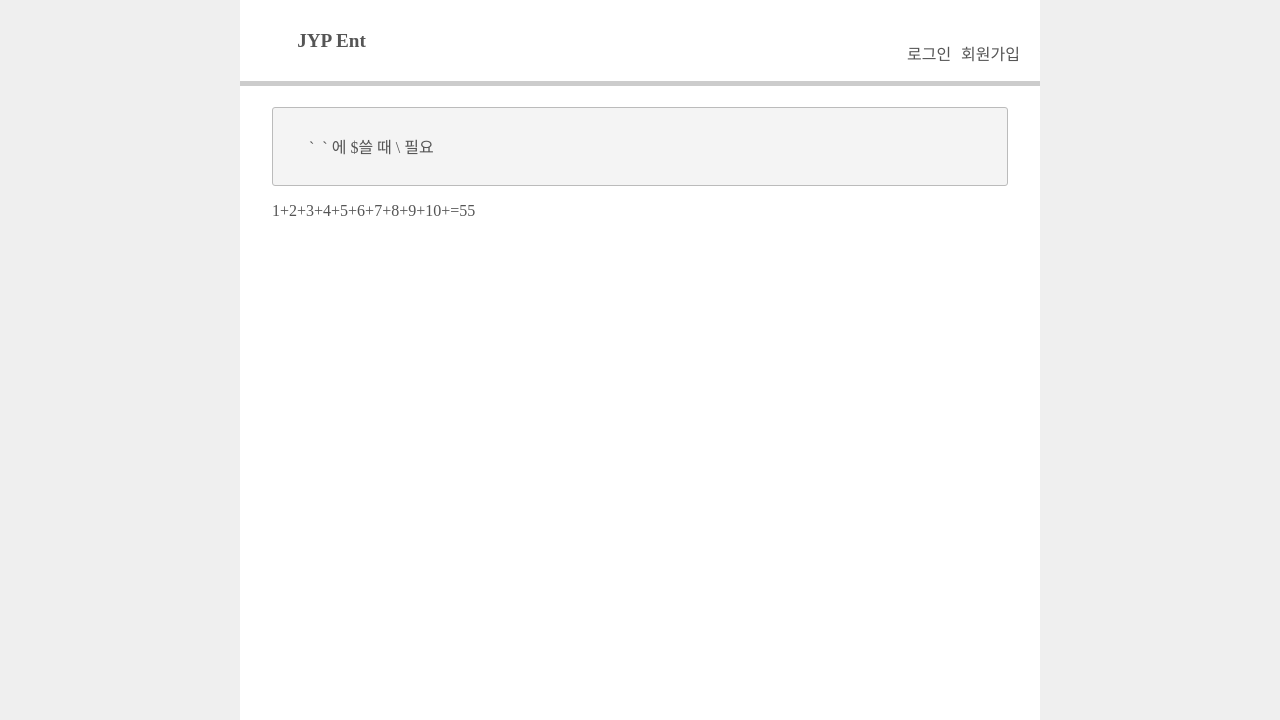
Repository: jyoons00/JSP-sample
Page: http://localhost/jspPro/days01/ex03_02.jsp
The author's editor kept a copy of each file at every save. The page is drawn from the files as they stood at one save, then again after the next save.
The browser window is 1280 px wide. The pictures show the whole page.
Some web fonts or font styles are not loaded; a fallback is used. The page is served by Tomcat 9. Other server files are loaded and not shown.

Above is the page before, as saved 2024-10-15 06:07:25.

### jspPro/src/main/webapp/days01/ex03_02.jsp
<%@ page contentType="text/html; charset=UTF-8" pageEncoding="UTF-8"%>
<!DOCTYPE html>
<html>
<head>
<meta charset="UTF-8">
<title>Insert title here</title>
<link rel="shortcut icon" type="image/x-icon" href="http://localhost/jspPro/images/SiSt.ico">
<script src="https://ajax.googleapis.com/ajax/libs/jquery/3.7.1/jquery.min.js"></script>
<meta name="viewport" content="width=device-width, initial-scale=1.0">
<meta name="google" content="notranslate">
<link rel="stylesheet" href="http://localhost/jspPro/resources/cdn-main/example.css">
<script src="http://localhost/jspPro/resources/cdn-main/example.js"></script>
<style>
 span.material-symbols-outlined{
    vertical-align: text-bottom;
 }
</style>
</head>
<body>
<header>
  <h1 class="main"><a href="#" style="position: absolute;top:30px;">JYP Ent</a></h1>
  <ul>
    <li><a href="#">로그인</a></li>
    <li><a href="#">회원가입</a></li>
  </ul>
</header>
<div>
  <xmp class="code">
     `  ` 에 $쓸 때 \ 필요
  </xmp>
  <p id="demo">
     <%
   int sum = 0;

   for(int i = 1 ; i<= 10 ;  i++) {
      sum += i ;
      /* out.print(String.format( "%d +" , i )); */
      out.write(i+"+");
   }
   /* out.print(String.format("=%d",sum)); */
   out.write("="+sum);
%>
  </p>
</div>

<script type="text/javascript">

</script>
</body>
</html>

### jspPro/src/main/webapp/resources/cdn-main/example.css
@charset "UTF-8";

@import url('https://fonts.googleapis.com/css2?family=Material+Symbols+Outlined:opsz,wght,FILL,GRAD@20..48,100..700,0..1,-50..200');

@font-face {
    font-family: 'GmarketSansMedium';
    src: url('https://cdn.jsdelivr.net/gh/projectnoonnu/noonfonts_2001@1.1/GmarketSansMedium.woff') format('woff');
    font-weight: normal;
    font-style: normal;
}

:root {
	--text-color: #555;
	--sub-text-color: #777;
	--back-color: #EFEFEF;
	--header-color: #444;
	--primary-color: #DEDEDE;
	--secondary-color: #EFEFEF;
	--default-width: 800px;
	--narrow-width: 500px;
	--wide-width: 1200px;
	--text-font: 'GmarketSansMedium';
	--icon-font: 'Material Symbols Outlined';
	--border-color: #CCC;
}

html, body {
	margin: 0;
	padding: 0;
}

html {
	background-color: var(--back-color);
	display: flex;
	justify-content: center;
	min-height: 100vh;
}

body, body.default {
	width: var(--default-width);
	background-color: white;
	padding-bottom: 120px;
}

body.wide {
	width: var(--wide-width);
}

body.narrow {
	width: var(--narrow-width);
}



body, p, div, span, a, input, select, option, textarea, button, table, th, td, label, fieldset, legend {
	font-family: var(--text-font);
	color: var(--text-color);
}

h1, h2, h3 {
	font-family: var(--text-font);
	color: var(--header-color);
	padding: 0 1rem;
	padding-top: .5rem;
}

div > h1, div > h2, div > h3 {
	padding: 0;
}

body > div, body > main > div {
	padding: 0.3rem 1rem;
}


h1 { font-size: 2rem; border-bottom: 1px solid var(--border-color); }
h1 small { font-size: 1.2rem; color: var(--sub-text-color); }
h2 { font-size: 1.5rem; border-bottom: 1px dashed var(--border-color); }
h2 small { font-size: 1.1rem; color: --sub-text-color; }
h3 { font-size: 1.2rem; }
h3 small { font-size: 1rem; color: --sub-text-color; }



h1.main::before {
	font-family: var(--icon-font);
  	content: '\e666';
  	margin-right: 10px;
  	float: left;
	font-size: 2.5rem;
}

h1.sub::before {
	font-family: var(--icon-font);
  	content: '\ea19';
  	margin-right: 10px;
  	float: left;
	font-size: 2.5rem;
}


h1.page::before {
	font-family: var(--icon-font);
  	content: '\e0e0';
  	margin-right: 10px;
  	float: left;
	font-size: 2.5rem;
}

body > header > ul > li > .active{
	background-color: #FFF;
	color:#F00;
}

body > header {
	display: flex;
	justify-content: space-between;
	border-bottom: 5px solid var(--border-color);
	min-height: 74px;
	background-color: #FFF;
}

body > header.sticky {
	position: sticky;
	top: 0;
	z-index: 98;
}

body > header > h1 {
	font-size: 1.2rem;
	border: 0;
}

body > header.in > h1::before {
	font-family: var(--icon-font);
  	content: '\e332‥';
  	margin-right: 3px;
  	float: left;
	font-size: 2rem;
}


body > header > ul {
	list-style-type: none;
	display: flex;
	align-items: flex-end;
	margin-right: 10px;
}

body > header > ul > li {
	margin-right: 10px;
	cursor: pointer;
}

body > header > ul > li > a {
	cursor: pointer;
}


form {
	display: block;
}

form > div {
	padding: 0.3rem 1rem;
}

div > form > div {
	padding: 0.3rem 0;
}

input, textarea, button, select {
	border: 1px solid #BBB;
	border-radius: 3px;
	outline: none;
	resize: none;
	padding: 7px;
	margin: 0;
}

input[type=text]:read-only, textarea:read-only {
	cursor: not-allowed;
	background-color: #FFF;
}

input[type=text]:disabled, textarea:disabled {
	cursor: not-allowed;
	background-color: #EEE;
}

input[type=text], input[type=password], textarea, button, select {
	/* width: 300px; */
}

textarea {
	display: block;
	height: 100px;
}

input[type=button], input[type=submit], button {
	/* width: inherit; */
}

input.short, textarea.short, button.short, select.short {
	width: 100px;
}

input.long, textarea.long, button.long, select.long {
	width: 350px;
}

.narrow input.long, .narrow textarea.long, .narrow button.long, .narrow select.long {
	width: calc(100% - 20px);
}

input.full, textarea.full, button.full, select.full {
	width: calc(100% - 20px);
}

textarea.short {
	height: 50px;
}

textarea.long {
	height: 100px;
}

textarea.full {
	height: 200px;
}

input, textarea {
	padding-top: 8px;
}

input[type=button], input[type=submit], button {
	padding: 5px 10px;
	background-color: var(--secondary-color);
	cursor: pointer;
	min-height: 36px;
}

input[type=button].primary, input[type=submit].primary, button.primary {
	/* background-color: rgba(100, 149, 237, .2); */
	background-color: var(--primary-color);
}

input[type=button].primary:hover, input[type=submit].primary:hover, button.primary:hover {
	/* background-color: rgba(100, 149, 237, .3); */
	background-color: var(--secondary-color);
}

input[type=button]:hover, input[type=submit]:hover, button:hover {
	background-color: var(--primary-color);
}

button {
	position: relative;
	left: 0;
	top: 0;
	padding-left: 35px;
}

button .material-symbols-outlined {
	position: absolute;
	left: 10px;
	top: 4px;
}

/* k2nik add */
button.login::before {
	font-family: var(--icon-font);
  	content: '\ea77';
	position: absolute;
	left: 11px;
	top: 4px;
	font-size: 1.25rem;
}

/* k2nik logout */
button.logout::before {
	font-family: var(--icon-font);
  	content: '\e9ba';
	position: absolute;
	left: 11px;
	top: 4px;
	font-size: 1.25rem;
}

/* k2nik help */
button.help::before {
	font-family: var(--icon-font);
  	content: '\f1c0';
	position: absolute;
	left: 11px;
	top: 4px;
	font-size: 1.25rem;
}

button.add::before{
	font-family: var(--icon-font);
  	content: '\e746';
	position: absolute;
	left: 11px;
	top: 4px;
	font-size: 1.25rem;
}

button.back::before {
	font-family: var(--icon-font);
  	content: '\e166';
	position: absolute;
	left: 11px;
	top: 4px;
	font-size: 1.25rem;
}

button.list::before {
	font-family: var(--icon-font);
  	content: '\e0ee';
	position: absolute;
	left: 11px;
	top: 4px;
	font-size: 1.25rem;
}


button.del::before {
	font-family: var(--icon-font);
  	content: '\e872';
	position: absolute;
	left: 11px;
	top: 4px;
	font-size: 1.25rem;
}


button.edit::before {
	font-family: var(--icon-font);
  	content: '\e745';
	position: absolute;
	left: 11px;
	top: 4px;
	font-size: 1.25rem;
}


button.login::before {
	font-family: var(--icon-font);
  	content: '\ea77';
	position: absolute;
	left: 11px;
	top: 4px;
	font-size: 1.25rem;
}


button.logout::before {
	font-family: var(--icon-font);
  	content: '\e9ba';
	position: absolute;
	left: 11px;
	top: 4px;
	font-size: 1.25rem;
}


button.in::before {
	font-family: var(--icon-font);
  	content: '\f71a';
	position: absolute;
	left: 11px;
	top: 4px;
	font-size: 1.25rem;
}


button.out::before {
	font-family: var(--icon-font);
  	content: '\f70e';
	position: absolute;
	left: 11px;
	top: 4px;
	font-size: 1.25rem;
}


button.reply::before {
	font-family: var(--icon-font);
  	content: '\e15e';
	position: absolute;
	left: 11px;
	top: 4px;
	font-size: 1.25rem;
}


button.comment::before {
	font-family: var(--icon-font);
  	content: '\e0b9';
	position: absolute;
	left: 11px;
	top: 4px;
	font-size: 1.25rem;
}


button.modal::before {
	font-family: var(--icon-font);
  	content: '\e89e';
	position: absolute;
	left: 11px;
	top: 4px;
	font-size: 1.25rem;
}


button.ok::before {
	font-family: var(--icon-font);
  	content: '\e86c';
	position: absolute;
	left: 11px;
	top: 4px;
	font-size: 1.25rem;
}


button.cancel::before {
	font-family: var(--icon-font);
  	content: '\e5c9';
	position: absolute;
	left: 11px;
	top: 4px;
	font-size: 1.25rem;
}

button.search::before {
	font-family: var(--icon-font);
  	content: '\e8b6';
	position: absolute;
	left: 11px;
	top: 4px;
	font-size: 1.25rem;
}

button.home::before {
	font-family: var(--icon-font);
  	content: '\e88a';
	position: absolute;
	left: 11px;
	top: 4px;
	font-size: 1.25rem;
}


button.sidebar::before {
	font-family: var(--icon-font);
  	content: '\f7e4';
	position: absolute;
	left: 11px;
	top: 4px;
	font-size: 1.25rem;
}


button.sidebar-right::before {
	font-family: var(--icon-font);
  	content: '\f7e5';
	position: absolute;
	left: 11px;
	top: 4px;
	font-size: 1.25rem;
}




button::before {
	font-family: var(--icon-font);
  	content: '\e323';
	position: absolute;
	left: 11px;
	top: 4px;
	font-size: 1.25rem;
}


table {
	border-collapse: collapse;
	margin: 1rem;
	box-sizing: border-box;
	width: calc(100% - 32px);
}

table.content {
	width: auto;
}

div > table {
	margin: 0;
}

table th, table td {
	border: 1px solid var(--border-color);
	padding: 7px;
	font-weight: normal;
}

table th {
	background-color: var(--back-color);
}

table.vertical th {
	width: 150px;
}

table.vertical td {
	width: calc(100% - 182px);
	padding-left: 10px;
}

table.content td, table.content th {
	width: auto;
}

body.narrow table.vertical th {
	width: 100px;
}

body.narrow table.vertical td {
	width: calc(100% - 182px);
}


table + table {
	margin-top: 30px;
}


p {
	padding: 0 1rem;
}

a {
	text-decoration: none;
}

a:hover {
	color: rgba(255, 99, 71, .7);
}

hr {
	border: 0;
	border-top: 1px solid var(--border-color);
	margin: 2rem 0;
}

.message {
	border: 1px solid var(--border-color);
	background-color: #EFEFEF;
	margin: 1rem;
	width: auto;
	padding-top: 10px;
	padding-bottom: 10px;
	font-size: 14px;
}

.message[title]::before {
	content: attr(title);
	display: block;
	border-bottom: 1px solid var(--border-color);
	padding-bottom: 5px;
	margin-bottom: 10px;
	margin-top: 7px;
}

.message.short {
	max-width: 250px;
}

.message.long {
	max-width: 500px;
}

.badge {
	float: right;
	font-size: .8rem;
	margin-top: 2px;
	margin-right: 2px;
	text-shadow: 0 0 7px gray;
}

.badge.left {
	float: none;
	margin-left: 2px;
}

.badge.right {
	float: right;
}

.badge.red {
	border-radius: 50%;
	padding: 2px 5px;
	background-color: rgb(255, 99, 71, .3);
}

.badge.yellow {

	border-radius: 50%;
	padding: 2px 5px;
	background-color: rgb(255, 215, 0, .5);
}

.badge.blue {
	border-radius: 50%;
	padding: 2px 5px;
	background-color: rgb(100, 149, 237, .3);
}

label + label {
	margin-left: 7px;
}

label input[type=checkbox], label input[type=radio] {
	transform: translate(0, 1px);
}

.group {
	display: flex;
}

.modal-content .group {
	margin-bottom: .5rem;
}

.group label {
	border: 1px solid #BBB;
	border-radius: 3px;
	outline: none;
	resize: none;
	padding: 7px 14px;
	margin: 0;
	border-top-right-radius: 0;
	border-bottom-right-radius: 0;
	background-color: #EFEFEF;
	white-space: nowrap;
	font-size: 14px;
}

.group input[type=text] {
	margin-left: -1px;
	border-top-left-radius: 0;
	border-bottom-left-radius: 0;
}

.group select {
	margin-left: -1px;
	border-top-left-radius: 0;
	border-bottom-left-radius: 0;
}

.group input.full[type=text] {
	margin-left: -1px;
	border-top-left-radius: 0;
	border-bottom-left-radius: 0;
	width: 100%;
}

.group input[type=button]:first-child, .group button:first-child {
	border-top-left-radius: 3px;
	border-bottom-left-radius: 3px;
	margin-left: 0px;
}

.group input[type=button], .group button {
	border-radius: 0;
	margin-left: -1px;
}

.group input[type=button]:last-child, .group button:last-child {
	margin-left: -1px;
	border-top-right-radius: 3px;
	border-bottom-right-radius: 3px;
}

.seperate {
	display: flex;
	justify-content: space-between;
}

div.list {
	width: max-content;
	margin: 1rem;
	border: 1px solid #BBB;
	border-radius: 3px;
	padding: 0;
}

div.list.full {
	width: auto;
	display: block;
	margin: 1rem;
	border: 1px solid #BBB;
	border-radius: 3px;
	padding: 0;
}

div.list > div {
	padding: .5rem 1rem;
	margin: 0;
	border-bottom: 1px solid #BBB;
}

div.list > div:last-child {
	border-bottom: 0;
}

pre.code , xmp.code{
	font-family: consols;
	background-color: rgba(150, 150, 150, .1);
	border: 1px solid #BBB;
	border-radius: 3px;
	padding: .5rem 1rem;
	padding-bottom: .6rem;
	margin: 1rem;
}




*[data-modal-window] {
	position: fixed;
	background-color: rgba(0, 0, 0, .3);
	left: 0;
	top: 0;
	display: none;
	justify-content: center;
	align-items: flex-start;
	width: 100%;
	min-height: 100vh;
	z-index: 100;
	opacity: 0;
	transition: 500ms all;
}

*[data-modal-window] .modal-container {
	border-radius: 5px;
	padding: 1rem;
	padding-bottom: .5rem;
	margin-top: -500px;
	opacity: 0;
	width: 500px;
	background-color: #FFF;
	margin-right: 2rem;
	transition: 500ms all;
}

*[data-modal-size=content] .modal-container {
	width: auto;
}

*[data-modal-size=narrow] .modal-container {
	width: 300px;
}

*[data-modal-size=wide] .modal-container {
	width: 760px;
}


*[data-modal-window] .modal-header {
	border-bottom: 1px solid var(--border-color);
	padding: 2px 5px;
}

*[data-modal-window] .modal-content {
	padding: 1rem 5px;
}

*[data-modal-window] .modal-content div:last-child {
	margin-top: 1rem;
	text-align: right;
}



*[data-sidebar-window] {
	position: fixed;
	background-color: #FFF;
	left: 0;
	top: 0;
	display: block;
	width: 300px;
	border-right: 1px solid var(--border-color);
	box-sizing: border-box;
	box-shadow: 0 0 3px var(--back-color);
	min-height: 100vh;
	z-index: 99;
	transform: translate(-300px, 0);
	transition-duration: 500ms;
	transition-property: transform;
}

*[data-sidebar-direction=right] {
	left: auto;
	right: 0;
	transform: translate(300px, 0);
	border-left: 1px solid var(--border-color);
}

*[data-sidebar-size=wide] {
	width: 500px;
	transform: translate(-500px, 0);
}

*[data-sidebar-window] .sidebar-title {
	border-bottom: 1px solid var(--border-color);
	margin-top: 20px;
	margin-bottom: 20px;
	padding-bottom: 5px;
	display: flex;
	justify-content: space-between;
}

*[data-sidebar-window] .sidebar-title span:last-child {
	cursor: pointer;
}


/* K2Nik pagination */
.center {
  text-align: center;
}

.pagination {
  display: inline-block;
}

.pagination a {
  color: black;
  float: left;
  padding: 3px 6px;
  text-decoration: none;
  transition: background-color .3s;
  border: 1px solid #ddd;
  margin: 0 3px;
}

.pagination a.active {
  background-color: #4CAF50;
  color: white;
  border: 1px solid #4CAF50;
}

.pagination a:hover:not(.active) {background-color: #ddd;}

### jspPro/src/main/webapp/resources/cdn-main/example.js

window.onload = () => {

    const list = document.querySelectorAll('input, textarea');

    list.forEach(item => {
        item.setAttribute('autocomplete', 'off');
    });


    const modal_btn_list = document.querySelectorAll('*[data-modal-button]');

    modal_btn_list.forEach(item => {
        item.onclick = function() {

            const name = this.dataset['modalButton'];
            const modal_window = document.querySelector('*[data-modal-window=' + name);

            const container = document.createElement('div');
            container.className = 'modal-container';



            const modal_header = document.createElement('div');
            modal_header.textContent = modal_window.dataset['modalTitle'];
            modal_header.className = 'modal-header';
            container.appendChild(modal_header);

            const modal_content = document.createElement('div');
            modal_content.className = 'modal-content';
            container.appendChild(modal_content);

            Array.from(modal_window.childNodes).forEach(item => {
                modal_content.appendChild(item);
            });

            modal_window.appendChild(container);

            modal_window.style.display = 'flex';

            setTimeout(() => {
                modal_window.style.opacity = 1;
                container.style.marginTop = '20px';
                container.style.opacity = 1;
            }, 50);


            const modal_ok = document.querySelector('*[data-modal-ok=' + name);
            modal_ok.addEventListener('click', function() {
                modal_window.style.opacity = 0;
                container.style.marginTop = '-500px';
                container.style.opacity = 0;

                setTimeout(() => {
                    modal_window.innerHTML = modal_content.innerHTML;
                    modal_window.style.display = 'none';
                }, 500);

            });

            const modal_cancel = document.querySelector('*[data-modal-cancel=' + name);
            modal_cancel.addEventListener('click', function() {

                modal_window.style.opacity = 0;
                container.style.marginTop = '-500px';
                container.style.opacity = 0;

                setTimeout(() => {
                    modal_window.innerHTML = modal_content.innerHTML;
                    modal_window.style.display = 'none';
                }, 500);
            });


        };
    });


    const sidebar_btn_list = document.querySelectorAll('*[data-sidebar-button]');

    sidebar_btn_list.forEach(item => {
        item.onclick = function() {



            const name = this.dataset['sidebarButton'];
            const sidebar_window = document.querySelector('*[data-sidebar-window=' + name);

            if (sidebar_window.style.transform == 'translate(0px, 0px)') return;



            sidebar_window.style.transform = 'translate(0, 0)';

            const sidebar_title = document.createElement('div');
            sidebar_title.className = 'sidebar-title';
            sidebar_title.innerHTML = '<span>' + sidebar_window.dataset['sidebarTitle'] + '</span><span class="material-symbols-outlined">close</span>';

            sidebar_title.children[1].onclick = function() {

                let sign = 1;
                let distance = 300;

                if (sidebar_window.dataset['sidebarDirection'] != 'right') {
                    sign = -1;
                } else {
                    sign = 1;
                }

                if (sidebar_window.dataset['sidebarSize'] != 'wide') {
                    distance = 300;
                } else {
                    distance = 500;
                }

                distance *= sign;

                sidebar_window.style.transform = 'translate(' + distance + 'px, 0)';

                setTimeout(function() {
                    sidebar_window.removeChild(sidebar_window.children[0]);
                }, 500);
            };


            sidebar_window.prepend(sidebar_title);

        }
    });

};

// window.onkeydown = function(event) {

//     if (event.keyCode == 27) {
//         if (document.querySelector('[data-modal-window').style.display == 'flex') {
//             document.querySelector('[data-modal-window').style.display = 'none';
//         }
//     }

// };

After the next save:
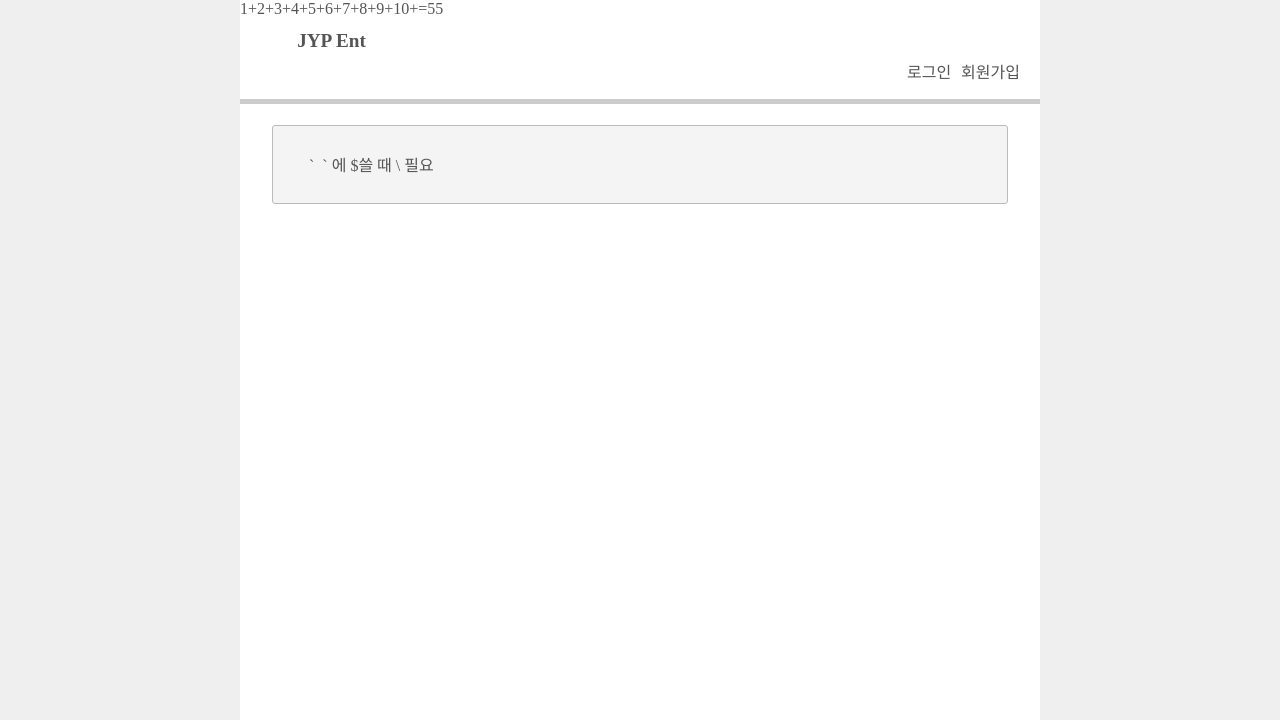
Saved 41 s later.
--- a/jspPro/src/main/webapp/days01/ex03_02.jsp
+++ b/jspPro/src/main/webapp/days01/ex03_02.jsp
@@ -1,4 +1,15 @@
 <%@ page contentType="text/html; charset=UTF-8" pageEncoding="UTF-8"%>
+ <%
+   int sum = 0;
+
+   for(int i = 1 ; i<= 10 ;  i++) {
+      sum += i ;
+      /* out.print(String.format( "%d +" , i )); */
+      out.write(i+"+");
+   }
+   /* out.print(String.format("=%d",sum)); */
+   out.write("="+sum);
+%>
 <!DOCTYPE html>
 <html>
 <head>
@@ -29,17 +40,7 @@
      `  ` 에 $쓸 때 \ 필요
   </xmp>
   <p id="demo">
-     <%
-   int sum = 0;
 
-   for(int i = 1 ; i<= 10 ;  i++) {
-      sum += i ;
-      /* out.print(String.format( "%d +" , i )); */
-      out.write(i+"+");
-   }
-   /* out.print(String.format("=%d",sum)); */
-   out.write("="+sum);
-%>
   </p>
 </div>
 
